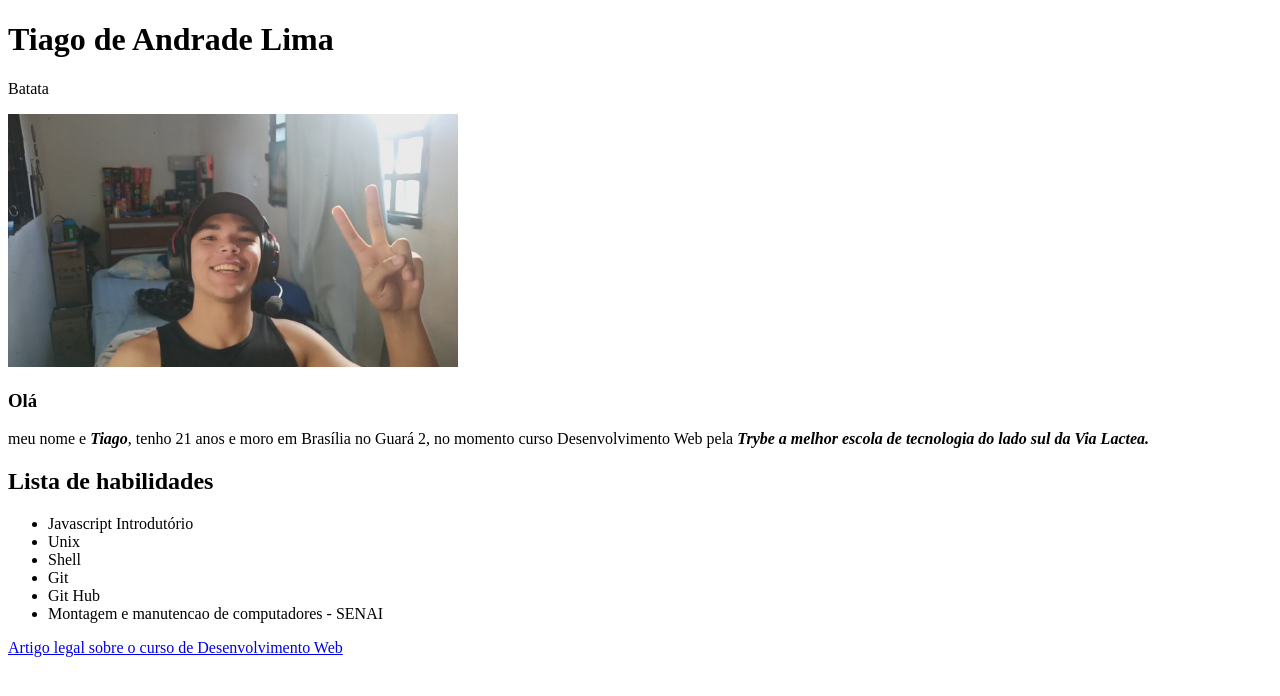
Repository: Batatiago/Batatiago.github.io
Page: index.html
The author's editor kept a copy of each file at every save. The page is drawn from the files as they stood at one save, then again after the next save.
The browser window is 1280 px wide. The pictures show the whole page.

Above is the page before, as saved 2023-06-29 09:46:13.

After the next save:
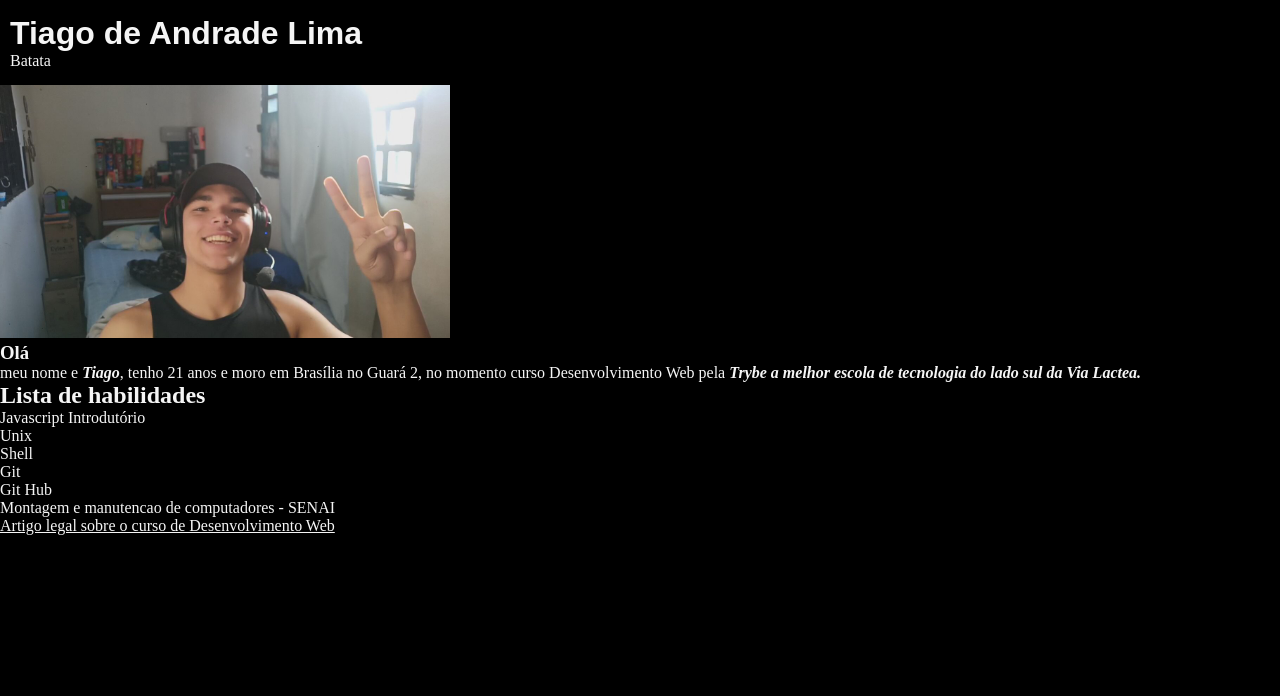
Saved 103 s later.
--- a/style.css
+++ b/style.css
@@ -1,7 +1,6 @@
-/* {
+* {
     background-color: black;
     margin: 0;
-    border: 0;
     padding: 0;
     color: whitesmoke;
 }
@@ -9,12 +8,8 @@
 .header {
     text-align: auto;
     padding: 15px 10px;
-    }
+}
 
-    h3, p {
-        font-family: 'Courier New', Courier, monospace;
-    }
-
-    .meuNome {
-        font-family: sans-serif;
-    }
+.meuNome {
+    font-family: sans-serif;
+}
